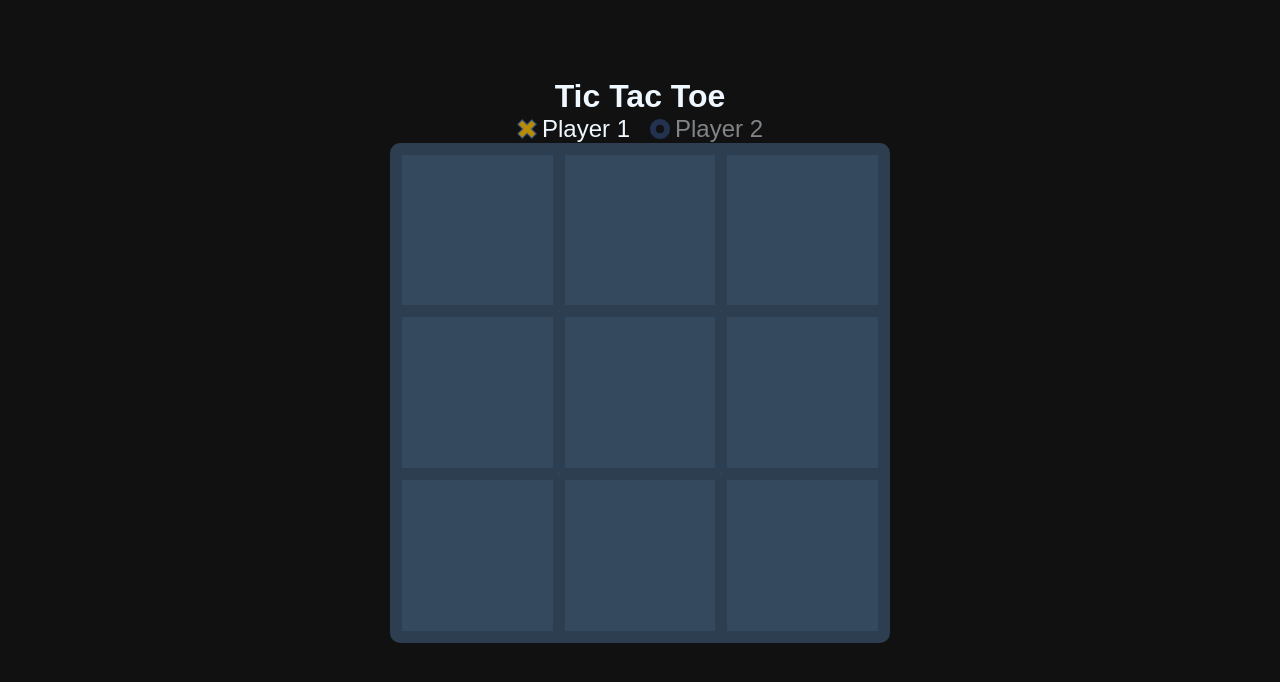
Repository: richardlieknis/tictactoe
Page: index.html
These files come from the project's save history. The page is drawn as it stood at one moment and after the next save; the edit follows.
The browser window is 1280 px wide. The pictures show the whole page.

Above is the page before, as saved 2022-12-08 17:18:15.

After the next save:
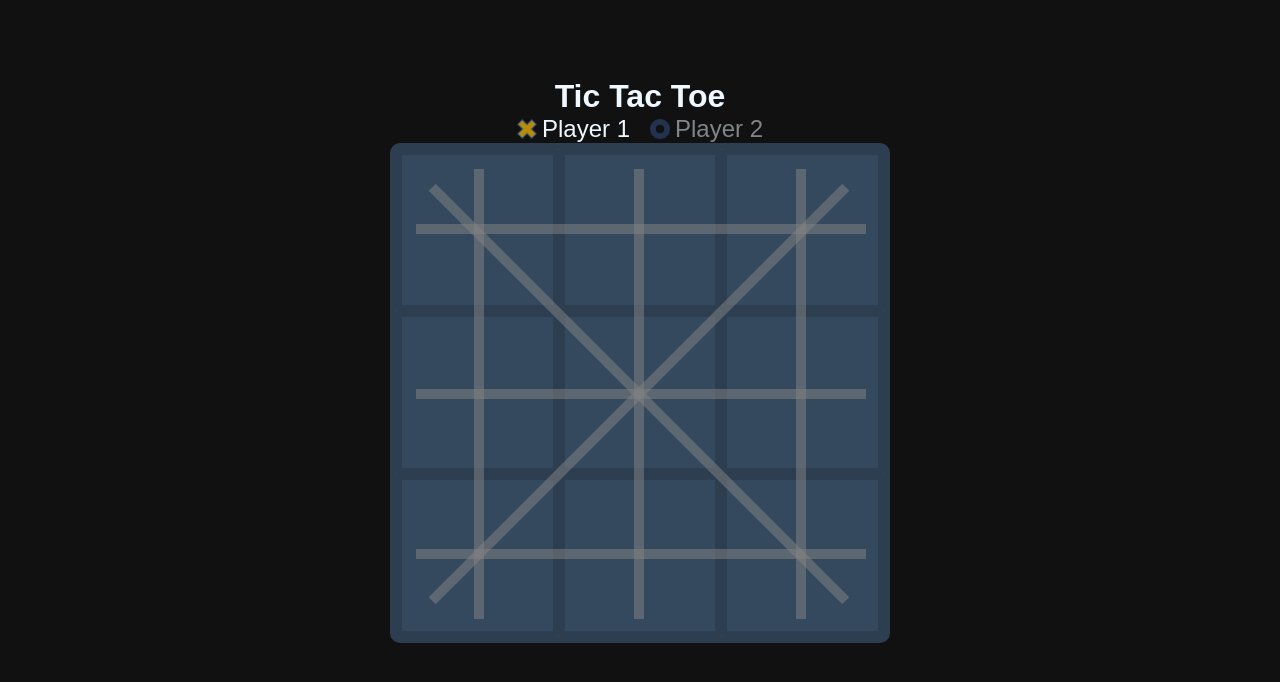
Saved 14 s later.
--- a/css/style.css
+++ b/css/style.css
@@ -75,18 +75,18 @@
     width: 450px;
     height: 10px;
     background-color: #81818188;
-    transform: rotate(0deg) scaleX(0);
+    transform: rotate(0deg) scaleX(1);
     transition: transform 1s ease-in-out;
 }
 
 .make-vertical {
-    transform: rotate(90deg) scaleX(0);
+    transform: rotate(90deg) scaleX(1);
 }
 
 .make-diagonal {
-    transform: rotate(45deg) scaleX(0);
+    transform: rotate(45deg) scaleX(1.3);
 }
 
 .make-diagonal2 {
-    transform: rotate(-45deg) scaleX(0);
+    transform: rotate(-45deg) scaleX(1.3);
 }

After the save that followed:
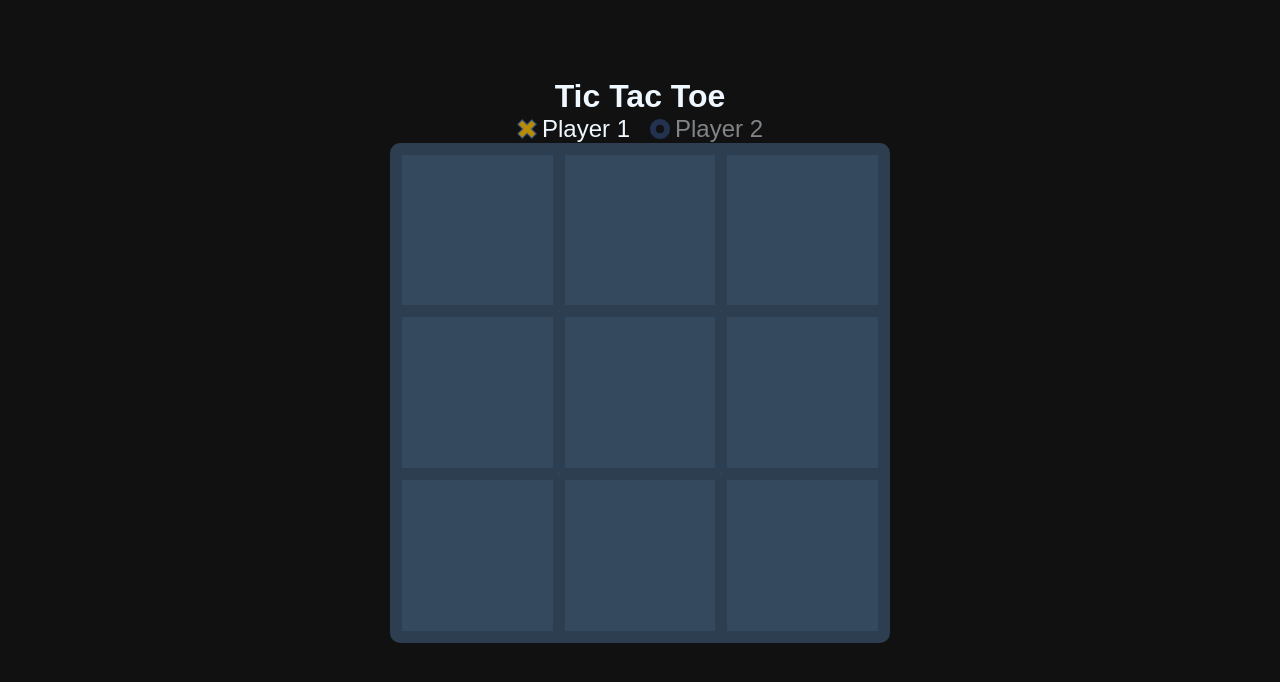
Saved 62 s later.
--- a/css/style.css
+++ b/css/style.css
@@ -71,6 +71,7 @@
 }
 
 .line {
+    display: none;
     position: absolute;
     width: 450px;
     height: 10px;
